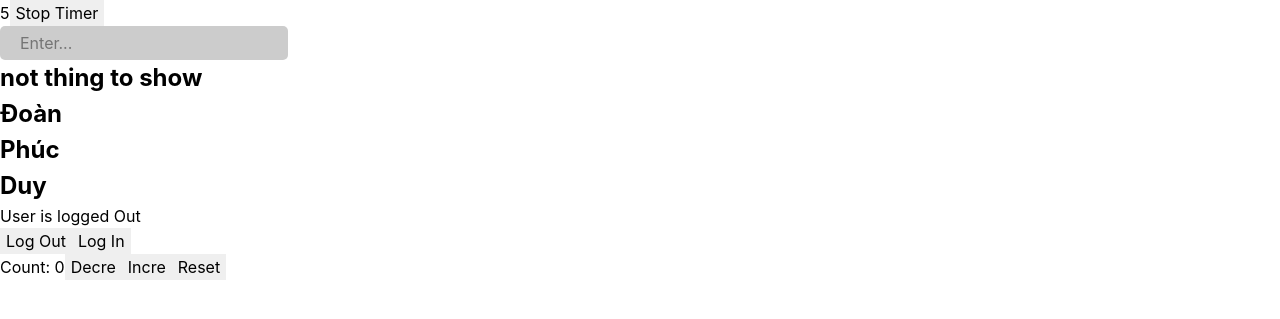
Repository: ledoanmk43/Demo_typescript
Page: /
An editor plug-in stored every save of this project. The page is shown before and after the next save, followed by the edit.
The browser window is 1280 px wide. The pictures show the whole page.
The project was rebuilt for these pictures with package versions that can differ from the ones it lists, and the page was loaded fresh each time.

Above is the page before, as saved 2022-03-08 14:49:08.

### src/App.tsx
import React from "react";

import "./App.css";
import Greeting from "./components/Greeting";
import Login from "./components/state/Login";
import Counter from "./components/state/Counter";
import DomRef from "./components/ref/DomRef";
import MutableRef from "./components/ref/MutableRef";

function App() {
  // const Name = {
  //   firstName: "Đoàn",
  //   lastName: "Lê",
  // };

  const nameList = [
    {
      firstName: "Đoàn",
      lastName: "Lê",
    },
    {
      firstName: "Phúc",
      lastName: "Lê",
    },
    {
      firstName: "Duy",
      lastName: "Lê",
    },
  ];
  return (
    <div className="App">
      <MutableRef />
      <DomRef />
      <Greeting nameProps={nameList} />
      <Login />
      <Counter />
    </div>
  );
}

export default App;

### src/App.css
*,
*::before,
*::after {
  box-sizing: border-box;
}
* {
  margin: 0;
}

html,
body {
  height: 100%;
}
body {
  line-height: 1.5;
  -webkit-font-smoothing: antialiased;
  -webkit-tap-highlight-color: rgba(0, 0, 0, 0);
}

img,
picture,
video,
canvas,
svg {
  display: block;
  max-width: 100%;
}
input,
button,
textarea,
select {
  font: inherit;
  outline: none;
  border: none;
}
p,
h1,
h2,
h3,
h4,
h5,
h6 {
  overflow-wrap: break-word;
}

### src/components/Greeting.tsx
import React from "react";

// type GreetingProps = {
//   nameProps: string; //we can also assign value like 'Doan' | 'Duy' | 'Phuc' - if there are more than 1 value for the props and we have to to check cases base on these value
// };

type GreetingProps = {
  nameProps: {
    firstName: string;
    lastName: string;
  }[]; //adding [] at the end if prop is an array

  emptyProps?: string;
};

const Greeting = (props: GreetingProps) => {
  const { emptyProps = "not thing to show" } = props;
  return (
    <div>
      <h2>{emptyProps}</h2>
      {props.nameProps.map((prop) => (
        <h2 key={prop.firstName}>{prop.firstName}</h2>
      ))}
    </div>
  );
};

export default Greeting;

### src/components/state/Login.tsx
import React, { useState } from "react";

type User = {
  userName: string;
  passWord: string;
};

const Login = () => {
  const [isLoggedin, setIsLoggedin] = useState(false);
  // const [user, setUser] = useState<User | null>(null);
  const [user, setUser] = useState({} as User);

  const logIn = () => {
    setIsLoggedin(true);
    setUser({
      userName: "abc",
      passWord: "123",
    });
    console.log(user);
  };
  const logOut = () => {
    setIsLoggedin(false);
    console.log(user);
  };
  return (
    <div>
      <div>User is {isLoggedin ? "logged In" : "logged Out"}</div>
      <button onClick={logOut}>Log Out</button>
      <button onClick={logIn}>Log In</button>
    </div>
  );
};

export default Login;

### src/components/state/Counter.tsx
import { useReducer } from "react";

const initialState = { count: 0 };

// type CounterAction = { type: "incre" | "decre" | "reset"; payload?: number };

// function reducer(state: StateCounter, action: CounterAction) {
//   switch (action.type) {
//     case "incre":
//       return { count: state.count + action.payload || 0 };
//     case "decre":
//       return { count: state.count - action.payload || 0 };
//     case "reset":
//       return initialState;
//     default:
//       return state;
//   } //this is not smart

type updateAction = { type: "incre" | "decre"; payload: number };
type resetAction = { type: "reset" };

type CounterState = { count: number };
type CounterAction = updateAction | resetAction;

function reducer(state: CounterState, action: CounterAction) {
  switch (action.type) {
    case "incre":
      return { count: state.count + action.payload };
    case "decre":
      return { count: state.count - action.payload };
    case "reset":
      return initialState;
    default:
      return state;
  }
}

const Counter = () => {
  const [state, dispatch] = useReducer(reducer, initialState);

  return (
    <div>
      Count: {state.count}
      <button onClick={() => dispatch({ type: "decre", payload: 1 })}>
        Decre
      </button>
      <button onClick={() => dispatch({ type: "incre", payload: 1 })}>
        Incre
      </button>
      <button onClick={() => dispatch({ type: "reset" })}>Reset</button>
    </div>
  );
};

export default Counter;

### src/components/ref/DomRef.tsx
import React, { useRef, useEffect } from "react";

const DomRef = () => {
  const inputRef = useRef<HTMLInputElement>(null);

  useEffect(() => {
    inputRef.current?.focus(); //focus element when component is mouted
  }, []);

  return (
    <div>
      <input
        type="text"
        ref={inputRef}
        placeholder="Enter..."
        style={{
          padding: "5px 20px",
          backgroundColor: "#ccc",
          borderRadius: "5px",
        }}
      />
    </div>
  );
};

export default DomRef;

### src/components/ref/MutableRef.tsx
import React, { useState, useEffect, useRef } from "react";

const MutableRef = () => {
  const [timer, setTimer] = useState(0);
  const interValRef = useRef<number | undefined>(undefined);

  const stopTimer = () => {
    window.clearInterval(interValRef.current);
  };
  useEffect(() => {
    interValRef.current = window.setInterval(() => {
      setTimer((timer) => timer + 1);
    }, 1000);

    return () => {
      stopTimer();
    };
  }, []);

  return (
    <div>
      {timer}
      <button onClick={() => stopTimer()}>Stop Timer</button>
    </div>
  );
};
export default MutableRef;

Loaded but not shown: public/index.html (common file); src/index.tsx (common file); src/index.css (common file); src/reportWebVitals.ts (common file)

After the next save:
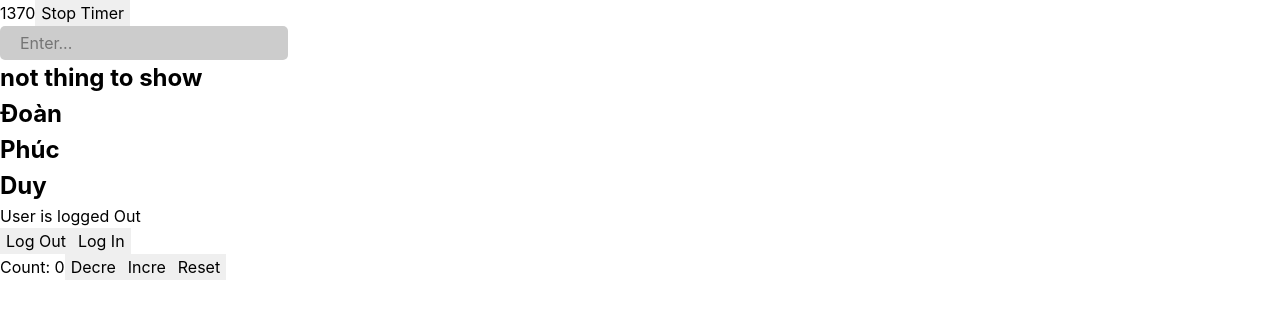
Saved 24 s later.
--- a/src/components/ref/MutableRef.tsx
+++ b/src/components/ref/MutableRef.tsx
@@ -10,7 +10,7 @@ const MutableRef = () => {
   useEffect(() => {
     interValRef.current = window.setInterval(() => {
       setTimer((timer) => timer + 1);
-    }, 1000);
+    }, 1);
 
     return () => {
       stopTimer();
